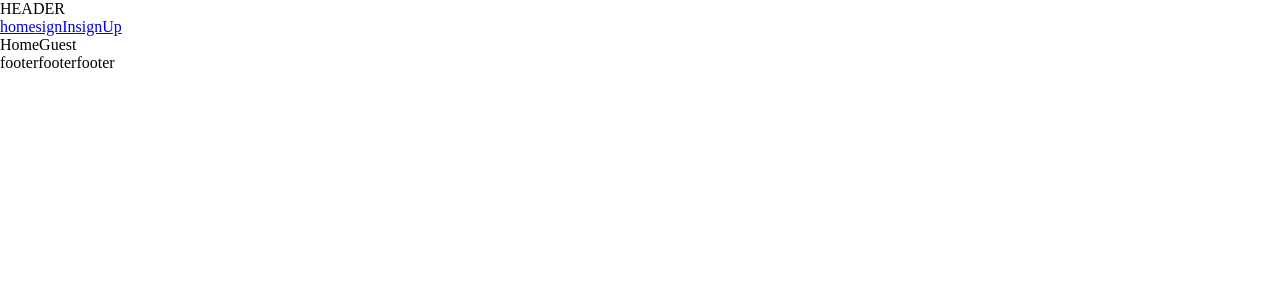
Repository: YuraKrvz/aurora-react-redux-toolkit-firebase
Page: /
These files come from the project's save history. The page is drawn as it stood at one moment and after the next save; the edit follows.
The browser window is 1280 px wide. The pictures show the whole page.
The project was rebuilt for these pictures with package versions that can differ from the ones it lists, and the page was loaded fresh each time. Also part of the build but not shown: src/pages/HomeUser.jsx, src/pages/SignIn.jsx, src/pages/SignUp.jsx.

Above is the page before, as saved 2021-11-24 17:09:21.

### src/App.js
import React from 'react';
import { BrowserRouter, Routes, Route } from 'react-router-dom';
import Header from './components/Header/Header';
import HomeGuest from '././pages/HomeGuest';
import HomeUser from '././pages/HomeUser';
import SignIn from './pages/SignIn';
import SignUp from './pages/SignUp';

function App() {
  const isAuth = false
  return (
    <>
    <BrowserRouter>
      <Routes>
        <Route path='/' element={ <Header /> }>
            {isAuth ? (
              <>
                <Route index element={<HomeUser />} />
                <Route path='/signIn' element={<SignIn />} />
                <Route path='/signUp' element={<SignUp />} />
              </>
              ): (
              <Route index element={<HomeGuest />} />
            )}
        </Route>
      </Routes>
    </BrowserRouter>
    </>
  );
}

export default App;

### src/components/Header/Header.jsx
import React from 'react';
import { NavLink, Outlet } from 'react-router-dom';

const Header = () => {
   return (
      <>
         <header>
         HEADER
            <ul>
               <li>
                  <NavLink NavLink to='/' >home</NavLink>
                  <NavLink NavLink to='signIn' >signIn</NavLink>
                  <NavLink NavLink to='signUp' >signUp</NavLink>
               </li>
            </ul>
         </header>
         <Outlet />
         <footer>footerfooterfooter</footer>
      </>
   )
}

export default Header

### src/pages/HomeGuest.jsx
const HomeGuest = () => {
   return (
      <div>
         HomeGuest
      </div>
   )
}

export default HomeGuest

Loaded but not shown: public/index.html (common file); src/index.js (common file); src/index.css (common file)

After the next save:
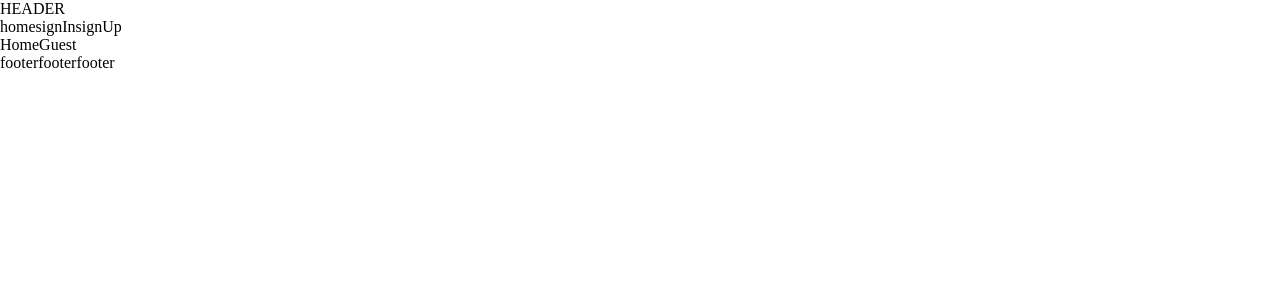
Saved 106 s later.
--- a/src/components/Header/Header.jsx
+++ b/src/components/Header/Header.jsx
@@ -1,5 +1,5 @@
 import React from 'react';
-import { NavLink, Outlet } from 'react-router-dom';
+import { NavLink as navlink, Outlet } from 'react-router-dom';
 
 const Header = () => {
    return (
@@ -8,9 +8,9 @@
          HEADER
             <ul>
                <li>
-                  <NavLink NavLink to='/' >home</NavLink>
-                  <NavLink NavLink to='signIn' >signIn</NavLink>
-                  <NavLink NavLink to='signUp' >signUp</NavLink>
+                  <navlink NavLink to='/' >home</navlink>
+                  <navlink NavLink to='signIn' >signIn</navlink>
+                  <navlink NavLink to='signUp' >signUp</navlink>
                </li>
             </ul>
          </header>

After the save that followed:
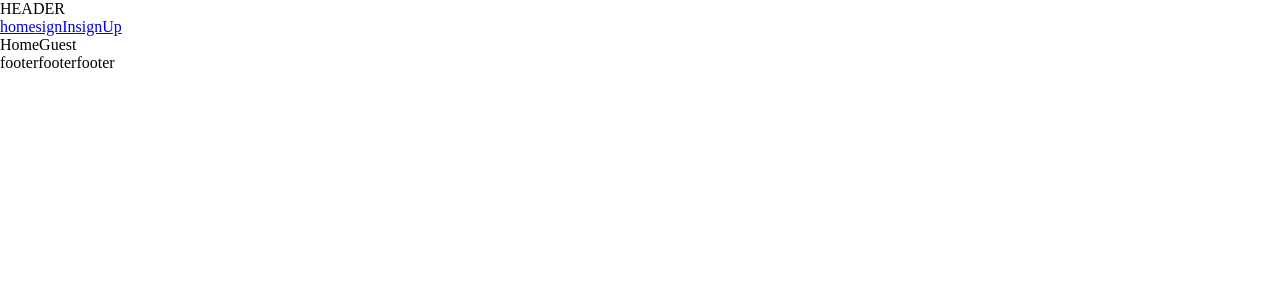
Saved 27 s later.
--- a/src/components/Header/Header.jsx
+++ b/src/components/Header/Header.jsx
@@ -1,5 +1,5 @@
 import React from 'react';
-import { NavLink as navlink, Outlet } from 'react-router-dom';
+import { NavLink as Navlink, Outlet } from 'react-router-dom';
 
 const Header = () => {
    return (
@@ -8,9 +8,9 @@
          HEADER
             <ul>
                <li>
-                  <navlink NavLink to='/' >home</navlink>
-                  <navlink NavLink to='signIn' >signIn</navlink>
-                  <navlink NavLink to='signUp' >signUp</navlink>
+                  <Navlink NavLink to='/' >home</Navlink>
+                  <Navlink NavLink to='signIn' >signIn</Navlink>
+                  <Navlink NavLink to='signUp' >signUp</Navlink>
                </li>
             </ul>
          </header>
